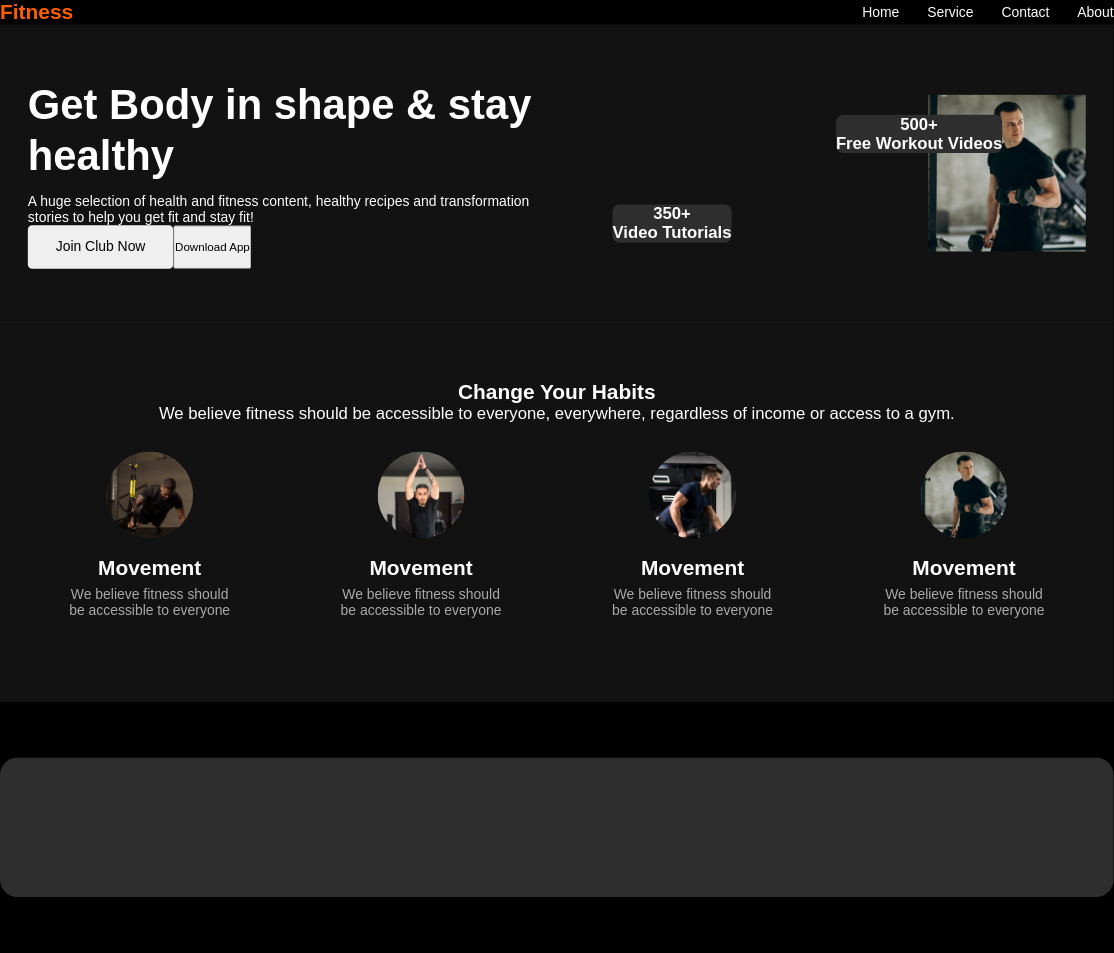
Repository: Aminul-Islam85/Assignment-2
Page: index.html
The author's editor kept a copy of each file at every save. The page is drawn from the files as they stood at one save, then again after the next save.
The browser window is 1280 px wide. The pictures show the whole page, at 87% of full size.

Above is the page before, as saved 2024-10-23 15:39:19.

### index.html
<!DOCTYPE html>
<html lang="en">
<head>
    <meta charset="UTF-8">
    <meta name="viewport" content="width=device-width, initial-scale=1.0">
    <title>Fitness Website</title>
    <link rel="stylesheet" href="styles.css">
</head>
<body>

    <nav class="navbar">
        <h1 class="heading-text"></a>Fitness</h1>
        <ul class="nav-links">
            <li><a href="#"></a>Home</li>
            <li><a href="#"></a>Service</li>
            <li><a href="#"></a>Contact</li>
            <li><a href="#"></a>About</li>
        </ul>
        <div class="hamburger">
            <span></span>
            <span></span>
            <span></span>
        </div>
    </nav>

    <section class="hero">
        <div class="hero-content">
            <h1>Get Body in <span class="highlighted">shape</span> & stay healthy</h1>
            <p>A huge selection of health and fitness content, healthy recipes and transformation stories to help you get fit and stay fit!</p>
            <div class="hero-buttons">
                <button class="cta-btn join-btn"> Join Club Now</button>
                <button cta-btn download-btn>Download App</button>
            </div>
        </div>
        <div class="hero-image">
            <img src="images/image 5.png" alt="Trainer">
        </div>

        <div class="info-card workout-card">500+<br>Free Workout Videos</div>
        <div class="info-card tutorial-card">350+<br>Video Tutorials</div>
    </section>

    <section class="habits">
        <h1>Change Your Habits</h1>
        <p>We believe fitness should be accessible to everyone, everywhere, regardless of income or access to a gym.</p>
        <div class="habits-gallery">
            <div class="habit-item">
                <img src="images/image 3.png" alt="Movement">
                <h3>Movement</h3>
                <p>We believe fitness should be accessible to everyone</p>
            </div>
            <div class="habit-item">
                <img src="images/image 2.png" alt="Time">
                <h3>Movement</h3>
                <p>We believe fitness should be accessible to everyone</p>
            </div>
            <div class="habit-item">
                <img src="images/image 4.png" alt="Practice">
                <h3>Movement</h3>
                <p>We believe fitness should be accessible to everyone</p>
            </div>
            <div class="habit-item">
                <img src="images/image 5.png" alt="Wait Loss">
                <h3>Movement</h3>
                <p>We believe fitness should be accessible to everyone</p>
            </div>
        </div>

    </section>

    <section class="extra-mile">
        <div class="extra-mile-content">
            <h2></h2>
            <p></p>
        </div>
    </section>


</body>
</html>

### styles.css
/*Global Styles*/
* {
    margin: 0;
    padding: 0;
    box-sizing: border-box;
}

body {
    font-family: 'Arial', sans-serif;
    background-color: black;
    color: #fff;
}

/*Navbar*/
.navbar {
    display: flex;
    justify-content: space-between;
    align-items: center;
    padding: 1 rem 2 rem;
    background-color: transparent;
}

.heading-text {
    font-size: 1.5rem;
    color: #ff5e00;
}

/*nav-link hidden in moble*/
.nav-links {
    list-style: none;
    display: flex;
    gap: 2rem;
}

.nav-links a {
    color: #fff;
    text-decoration: none;
    font-size: 1rem;
}

/*Hamburger menu hidden in desktop*/
.hamburger {
    display: none;
    flex-direction: column;
    cursor: pointer;
}

.hamburger span {
    width: 25px;
    height: 3px;
    background-color: #fff;
    margin: 4px;
    transition: 0.3s;
}

/*responsiveness*/

@media (max-width: 768) {
    .nav-links {
        display: none;
    }
    .hamburger {
        display: flex;
    }
    /*hamburger clicked show nav-links*/
    .navbar.active .nav-links {
        display: flex;
        flex-direction: column;
        position: absolute;
        top: 60px;
        right: 0;
        background-color: #12121212;
        width: 100%;
        height: auto;
        text-align: center;
        padding: 1rem;
    }
    .nav-links li {
        margin: 1rem 0;
    }
}

/* Hero section*/
.hero {
    display: flex;
    justify-content: space-between;
    align-items: center;
    padding: 4rem 2rem;
    background-color: #121212;
    position: relative;
}
.hero-content {
    max-width: 50%;
}

.hero h1 {
    font-size: 3rem;
    line-height: 1.2;
    margin-bottom: 1rem;
}

.hero.highlighted {
    font-style: italic;
    font-weight: 700;
    color: #ff5e00;
}

hero p {
    font-size: 1.2rem;
    margin-bottom: 2rem;
}

.hero-buttons {
    display: flex;
    gap: irem;
}

.cta-btn {
    padding: 1rem 2rem;
    font-size: 1rem;
    border: none;
    border-radius: 5px;
    cursor: pointer;
}

.join.btn {
    background-color: #ff5e00;
    color: #fff;
}

.download-btn {
    background-color: transparent;
    border: 2px solid #fff;
    color: #fff;
}

.hero-image img {
    max-width: 100%;
    height: auto;
}

/*Info Cards*/
.info-card {
    position: absolute;
    background-color: #2e2e2e;
    color: white;
    border-radius: 8px;
    padding: 1re 1.5rem;
    font-size: 1.2rem;
    font-weight: bold;
    text-align: center;
}

.workout-card {
    top: 30%;
    right: 10%;
}

.tutorial-card {
    top: 60%;
    left: 55%;
}

/*Hero reponsive for mobile*/
@media (max-width: 768px) {
.hero {
    flex-direction: column;
    text-align: center;
}
.hero-content {
    max-width: 100%;
    margin-bottom: 2rem;
}
.hero-image img {
    max-width: 100%;
    height: auto;
}
.info-card {
    font-size: 1rem;
    padding: 0.75rem 1 rem;
    position: relative;
    margin: 1rem auto;
    width: auto;
}
.workout-card, .tutorial-card {
    top: auto;
    left: auto;
    right: auto;
    transform: none;
    margin-bottom: 1rem;
 }
}

/*Hero Buttons on mobile*/
@media (max-width:480px) {
    .hero-buttons {
        flex-direction: column;
        gap: 1rem;
    }
    .cta-btn {
        width: 100%;
    }
}

/*Change habit section*/
.habits {
    padding: 4rem 2rem;
    text-align: center;
    background-color: #121212;
}

.habits h2 {
    font-size: 2.5rem;
    margin-bottom: 1rem;
}

.habits p {
    font-size: 1.2rem;
    margin-bottom: 2rem;
}

.habits-gallery {
    display: flex;
    justify-content: space-around;
    align-items: center;
    flex-wrap: wrap;
    gap: 2rem;
}

.habit-item {
    text-align: center;
    max-width: 200px;
}

.habit-item img {
    width: 100px;
    height: 100px;
    border-radius: 50%;
    margin-bottom: 1rem;
}

.habit-item h3 {
    font-size: 1.5rem;
    margin-bottom: 0.5rem;
}
.habit-item p {
    font-size: 1rem;
    color: #aaa;
}

/*Extra mile section*/
.extra-mile {
    display: flex;
    justify-content: space-between;
    align-items: center;
    background-color: #2e2e2e;
    padding: 4rem 2rem;
    border-radius: 20px;
    margin: 4rem 0;
}

.extra-mile-content {
    max-width: 50%;
}
extra-mile h2 {
    font-size: 2.5rem;
    margin-bottom: 1rem;
}
.extra-mile p {
    font-size: 1.2rem;
    margin-bottom: 2rem;
}
.extra-mile btn {
    background-color: #ff5e00;
    color: white;
    border: none;
    padding: 1rem 2rem;
    border-radius: 5px;
    cursor: pointer;
}
.extra-mile image img {
    border-radius: 10px;
    max-width: 100%;
}
/*Footer*/
footer {
    text-align: center;
    padding: 1rem;
    background-color: #333;
    color: #fff;
    margin-top: 2rem;
}
/*responsive design*/
@media (max-width: 768px) {
    .hero h1 {
        font-size: 2rem;
    }
    .hero p {
        font-size: 1rem;
    }
    .extra-mile {
        flex-direction: column;
        text-align: center;
    }
    .extra-mile-content, .extra-mile-image {
        max-width: 100%;
    }
}

@media (max-width: 480px) {
    hero h1 {
        font-size: 1.5rem;
    }
    .hero p {
        font-size: 0.9rem;
    }
}

/* Trainings and Exercise*/
.trainings-exercises {
    padding: 4rem 2rem;
    text-align: center;
    background-color: #121212;
}

.trainings-exercises h2 {
    font-size: 2.5rem;
    margin-bottom: 1rem;
}
.trainings-exercises p {
    font-size: 1.2rem;
    margin-bottom: 2rem;
    color: #aaa;
}
.exercise-gallery {
    display: grid;
    grid-template-columns: repeat(3, 1fr);
    gap: 1rem;
}
.exercise-item {
    position: relative;
}
.exercise-item img {
    width: 100%;
    height: auto;
    border-radius: 10px;
}
.exercise-overlay {
    position: absolute;
    top: 0;
    left: 0;
    width: 100%;
    height: 100%;
    background-color: rgba(0, 0, 0, 0.5);
    color: white;
    display: flex;
    justify-content: center;
    align-items: center;
    opacity: 0;
    transition: opacity 0.3s ease;
    border-radius: 10px;
}
.exercise-item:hover .exercise-overlay {
    opacity: 1;
}
.exercise-overlay p {
    font-size: 1.2rem;
    text-align: center;
}

/*BMI*/
.bmi-calculator {
    background-color: #121212;
    padding: 4rem 2rem;
}
.bmi-title {
    text-align: center;
    margin-bottom: 2rem;
}
.bmi-title h2 {
    font-size: 2.5rem;
    margin-bottom: 1rem;
    color: #fff;
}
.bmi-title p {
    font-size: 1.2rem;
    color: #aaa;
}

/*calculator*/
.bmi-content {
    display: flex;
    justify-content: space-between;
    align-items: flex-start;
    background-color: #121212;
    padding: 2rem;
    border-radius: 20px;
}
.bmi-chart {
    flex: 1;
    margin-right: 2rem;
}
.bmi-chart h3 {
    color:#fff;
    margin-bottom: 1rem;
}
.bmi-chart table {
    width: 100%;
    border-collapse: collapse;
}
.bmi-chart table th, .bmi-chart table td {
    padding: 1rem;
    text-align: left;
    border: 1px solid #fff;
    color: #fff;
}
.bmi-form {
    flex: 1;
}
bmi-form h3 {
    color: #fff;
    margin-bottom: 1rem;
}
bmi-form p {
    margin-bottom: 2rem;
    color: #aaa;
}
.bmi-form input, .bmi-form select {
    width: 100%;
    padding: 1rem;
    margin-bottom: 1rem;
    border-radius: 5px;
    border: none;
    background-color: #333;
    color: #fff;
}
.bmi-form select {
    cursor: pointer;
}
.bmi-form, .calculate-btn {
    width: 100%;
    padding: 1rem 2rem;
    border-radius: 5px;
    border: none;
    background-color: #ff5e00;
    color: white;
    cursor: pointer;
    text-align: center;
}

/*responsiveness*/
@media (max-width: 768px) {
    .bmi-content {
        flex-direction: column;
    }
    .bmi-chart {
        margin-right: 0;
        margin-bottom: 2rem;
    }
}

/*Meet our team*/
.team-selection {
    background-color: #121212;
    padding: 4rem 2rem;
}
.team-title {
    text-align: center;
    margin-bottom: 2rem;
}
.team-title h2 {
    font-size: 2.5rem;
    margin-bottom: 1rem;
    color: #fff;
}
.team-title p {
    font-size: 1.2rem;
    color: #aaa;
}

/*Team-content*/
.team-content {
    display: grid;
    grid-template-columns: repeat(3,1fr);
    gap: 1.5rem;
    background-color: #2e2e2e;
    padding: 2rem;
    border-radius: 20px;
}
.team-member {
    position: relative;
    border-radius: 10px;
    overflow: hidden;
}
.team-member img {
    width: 100%;
    height: auto;
    border-radius: 10px;
}
.team-overlay {
    position: absolute;
    bottom: 0;
    left: 0;
    width: 100%;
    background-color: rgba(0, 0, 0, 0.5);
    color: white;
    padding: 1rem;
    text-align: center;
    transition: background-color 0.3s ease;
}
.team-member:hover .team-overlay {
    background-color: rgba(0, 0, 0, 0.7);
}
.team-overlay h3 {
    margin: 0;
    font-size: 1.2rem;
}
.team-overlay p {
    margin: 0.5rem 0 0;
    font-size: 0.9rem;
}

/*responsive design*/
@media (max-width: 768px) {
    .team.content {
        grid-template-columns: repeat(2, 1fr);
    }
}

@media (max-width: 480px) {
    .team.content {
        grid-template-columns: 1fr;
    }
}

/*footer section*/
.footer-section {
    background-color: #2e2e2e;
    padding: 4rem 2rem;
    color: #fff;
}
.footer-content {
    display: flex;
    justify-content: space-between;
    align-items: flex-start;
    margin-bottom: 2rem;
}
.footer-logo {
    font-size: 2.5rem;
    color: #ff5e00;
}
.footer-content p {
    max-width: 300px;
    color: #aaa;
}
.footer-links {
    display: flex;
    flex-direction: column;
}
.footer-links h3 {
    margin-bottom: 1rem;
}
.footer-links ul {
    list-style: none;
    padding: 0;
}
.footer-links li {
    margin-bottom: 0.5rem;
}
.footer-links a {
    color: #fff;
    text-decoration: none;
    transition: 0.3s ease;
}
.footer-links a:hover {
    color: #ff5e00;
}
.footer-bottom {
    text-align: center;
    padding-top: 1rem;
    border-top: 1px solid #444;
    color: #aaa;
}

/*rensiveness*/
@media (max-width: 768px) {
    .footer-content {
        flex-direction: column;
        text-align: center;
    }
    .footer-links {
        margin-top: 2rem;
    }
}

After the next save:
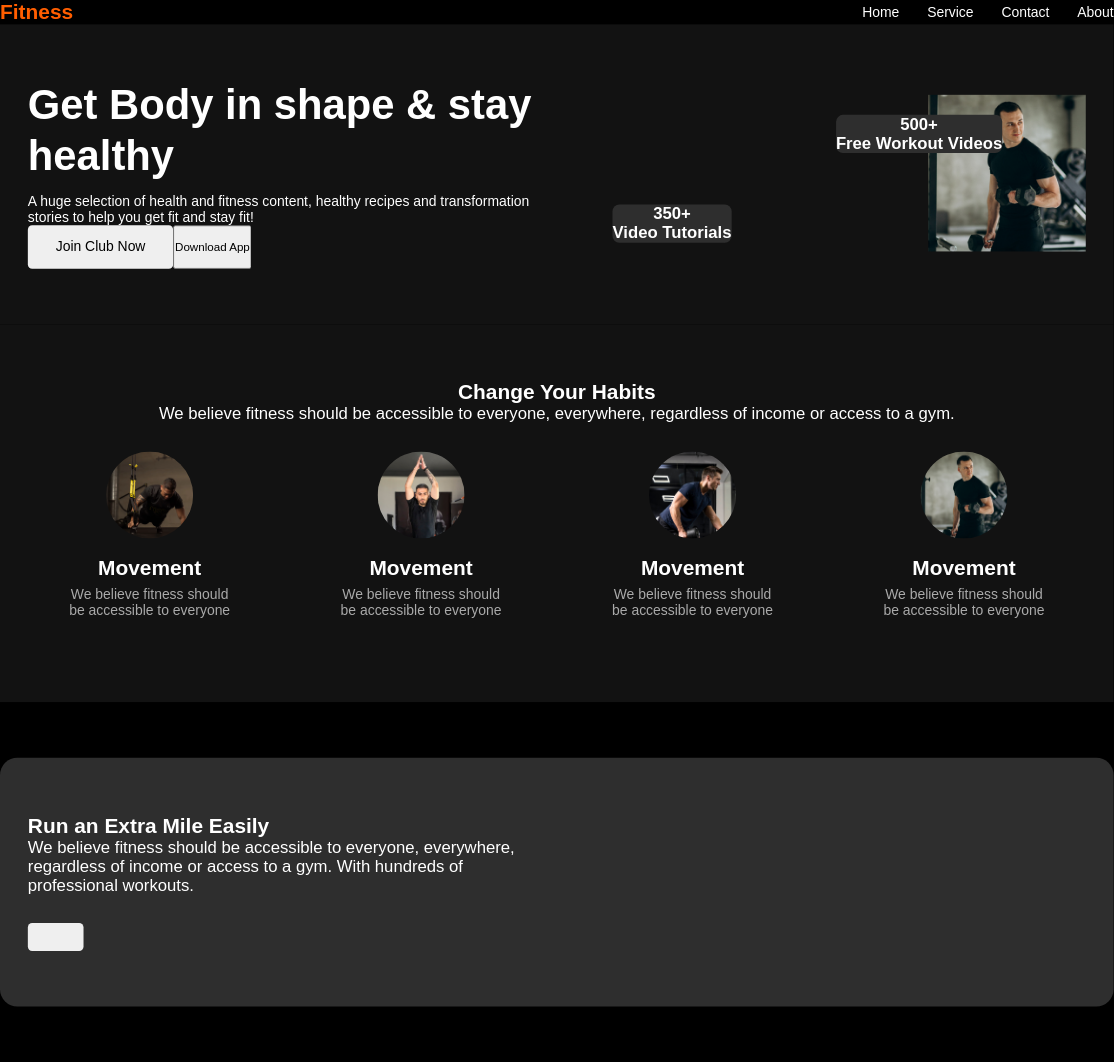
Saved 92 s later.
--- a/index.html
+++ b/index.html
@@ -70,8 +70,9 @@
 
     <section class="extra-mile">
         <div class="extra-mile-content">
-            <h2></h2>
-            <p></p>
+            <h2>Run an Extra Mile Easily</h2>
+            <p>We believe fitness should be accessible to everyone, everywhere, regardless of income or access to a gym. With hundreds of professional workouts.</p>
+            <button class="cta-btn extra-mile-btn"></button>
         </div>
     </section>
 
